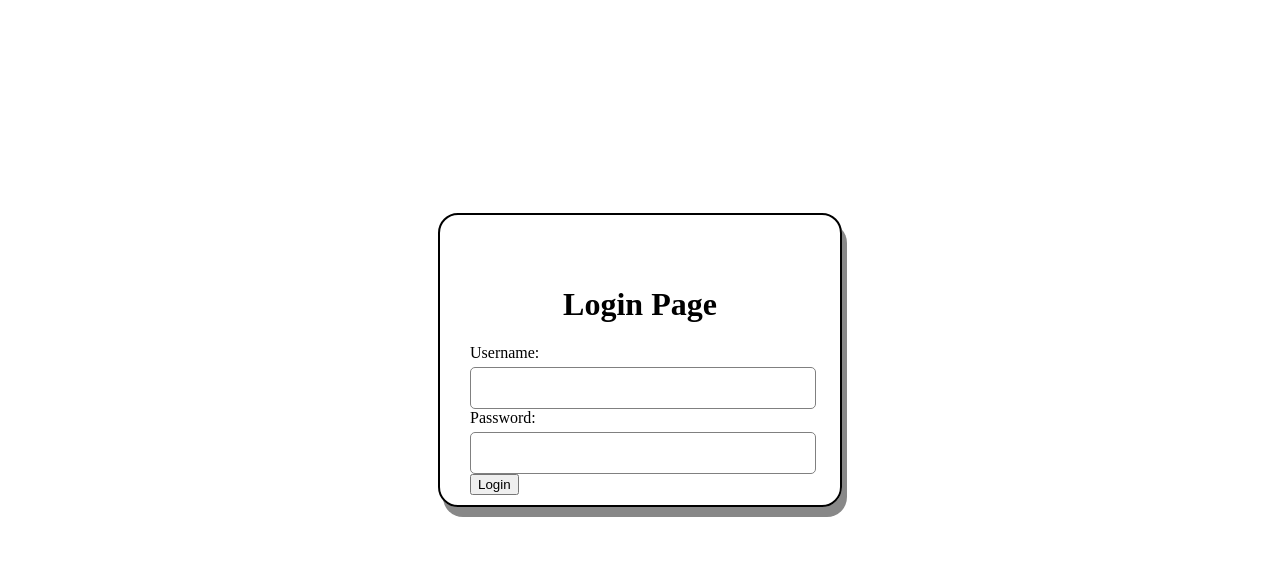
Repository: anjalipatel-dev/web-dev-learning-journey
Page: 03_html_css_ui_pages/login_ui/login.html
These files come from the project's save history. The page is drawn as it stood at one moment and after the next save; the edit follows.
The browser window is 1280 px wide. The pictures show the whole page.

Above is the page before, as saved 2025-10-04 04:18:40.

### 03_html_css_ui_pages/login_ui/login.html
<!DOCTYPE html>
<html lang="en">
<head>
    <meta charset="UTF-8">
    <meta name="viewport" content="width=device-width, initial-scale=1.0">
    <title>Login page</title>
    <link rel="stylesheet" href="styles.css">
</head>
<body>
    <div class="container">
        <h1>Login Page</h1>
        <form class="input-group" action="">

            <label for="username">Username:</label>
            <input type="text" id="username" name="username" required>
            <label for="password">Password:</label>
            <input type="password" id="password" name="password" required>
            <button type="submit">Login</button>
        </form>
    </div>
</body>
</html>

### 03_html_css_ui_pages/login_ui/styles.css
body{
    display: flex;
    justify-content: center;
    align-items: center;
    padding: 0;
    margin: 0;
    height: 100vh;}
.container{
    width: 400px;
    border: 2px solid black;
    border-radius: 20px;
    text-align: center;
    padding-top: 50px;
    box-shadow: 5px 10px #888888;
    font-family:cursive
}
.input-group{
    margin: 10px;
    text-align: left;
    padding-left: 20px;
}
.input-group label{
    display: block;
    margin-bottom: 5px;
}
.input-group input{
    height: 30px;
    width: 90%;
    padding: 5px 10px;
    font-size: 16px;
    border-radius: 5px;
    border: 1px solid gray;
    font-family:cursive;
}
.submit-group button{
    margin: 20px;
    text-align: center;
    padding: 10px;
    font-size: 18px;
    border-radius: 10px;
    cursor: pointer;
    background-color:#afddaf ;
    font-family:cursive;
}
}
.submit-group button:hover{
    background-color: #4CAF50;

}

After the next save:
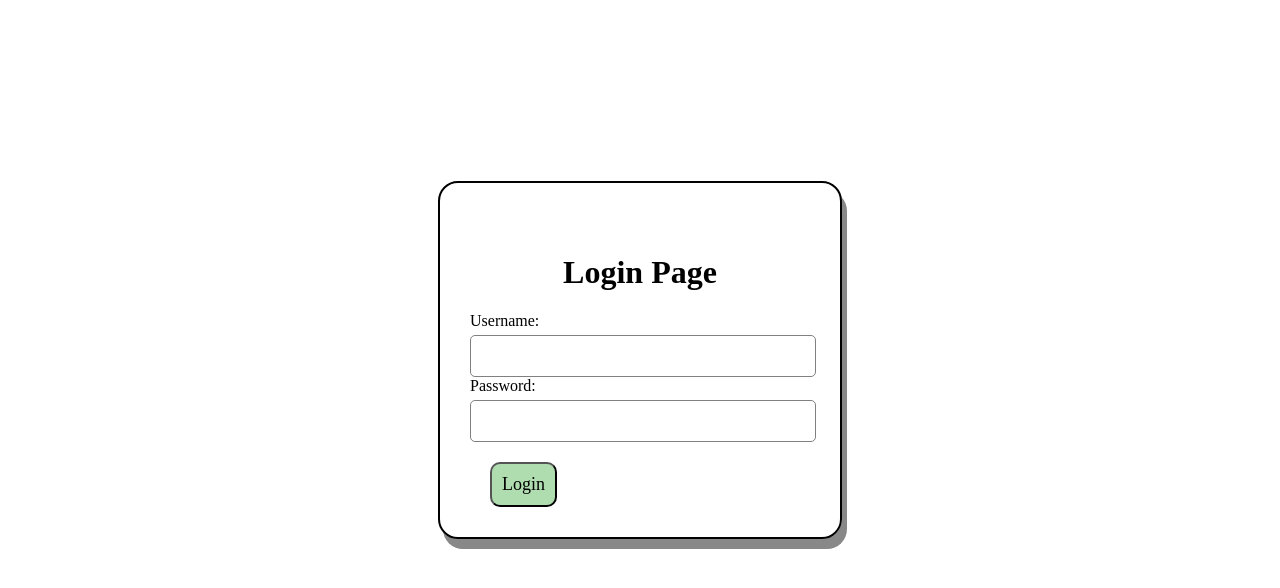
Saved 72 s later.
--- a/03_html_css_ui_pages/login_ui/styles.css
+++ b/03_html_css_ui_pages/login_ui/styles.css
@@ -32,7 +32,7 @@
     border: 1px solid gray;
     font-family:cursive;
 }
-.submit-group button{
+.input-group button{
     margin: 20px;
     text-align: center;
     padding: 10px;
@@ -43,7 +43,7 @@
     font-family:cursive;
 }
 }
-.submit-group button:hover{
+.input-group button:hover{
     background-color: #4CAF50;
 
 }
